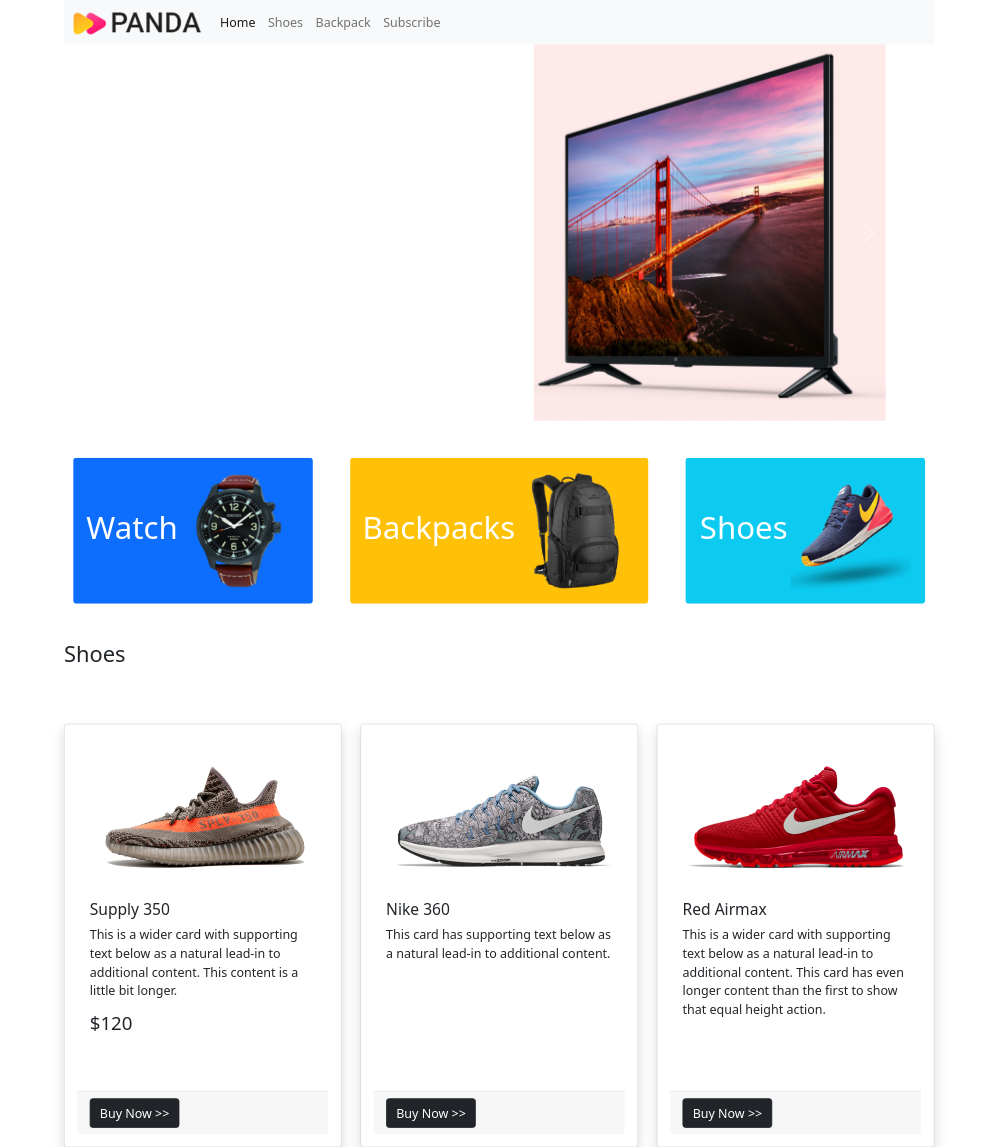
Repository: omarhasnain/panda-commerce-bootstrap
Page: index.html
The author's editor kept a copy of each file at every save. The page is drawn from the files as they stood at one save, then again after the next save.
The browser window is 1280 px wide. The pictures show the whole page, at 78% of full size.

Above is the page before, as saved 2021-01-14 17:08:11.

After the next save:
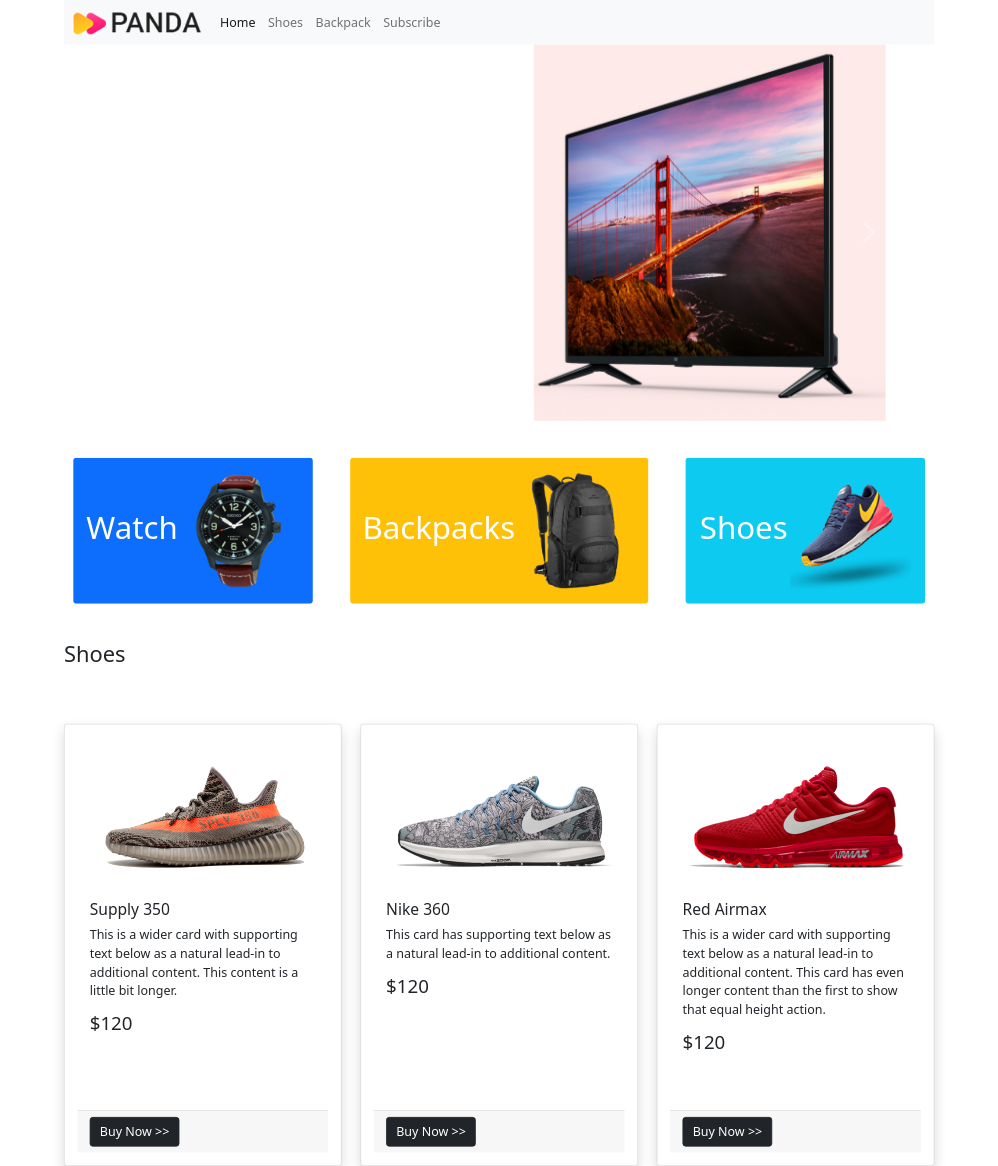
Saved 17 s later.
--- a/index.html
+++ b/index.html
@@ -121,6 +121,7 @@
                     <div class="card-body">
                       <h5 class="card-title">Nike 360</h5>
                       <p class="card-text">This card has supporting text below as a natural lead-in to additional content.</p>
+                      <h4>$120</h4>
                     </div>
                     <div class="card-footer">
                         <button class="text-white btn btn-dark">Buy Now >></button>
@@ -133,6 +134,7 @@
                     <div class="card-body">
                       <h5 class="card-title">Red Airmax</h5>
                       <p class="card-text">This is a wider card with supporting text below as a natural lead-in to additional content. This card has even longer content than the first to show that equal height action.</p>
+                      <h4>$120</h4>
                     </div>
                     <div class="card-footer">
                         <button class="text-white btn btn-dark">Buy Now >></button>
